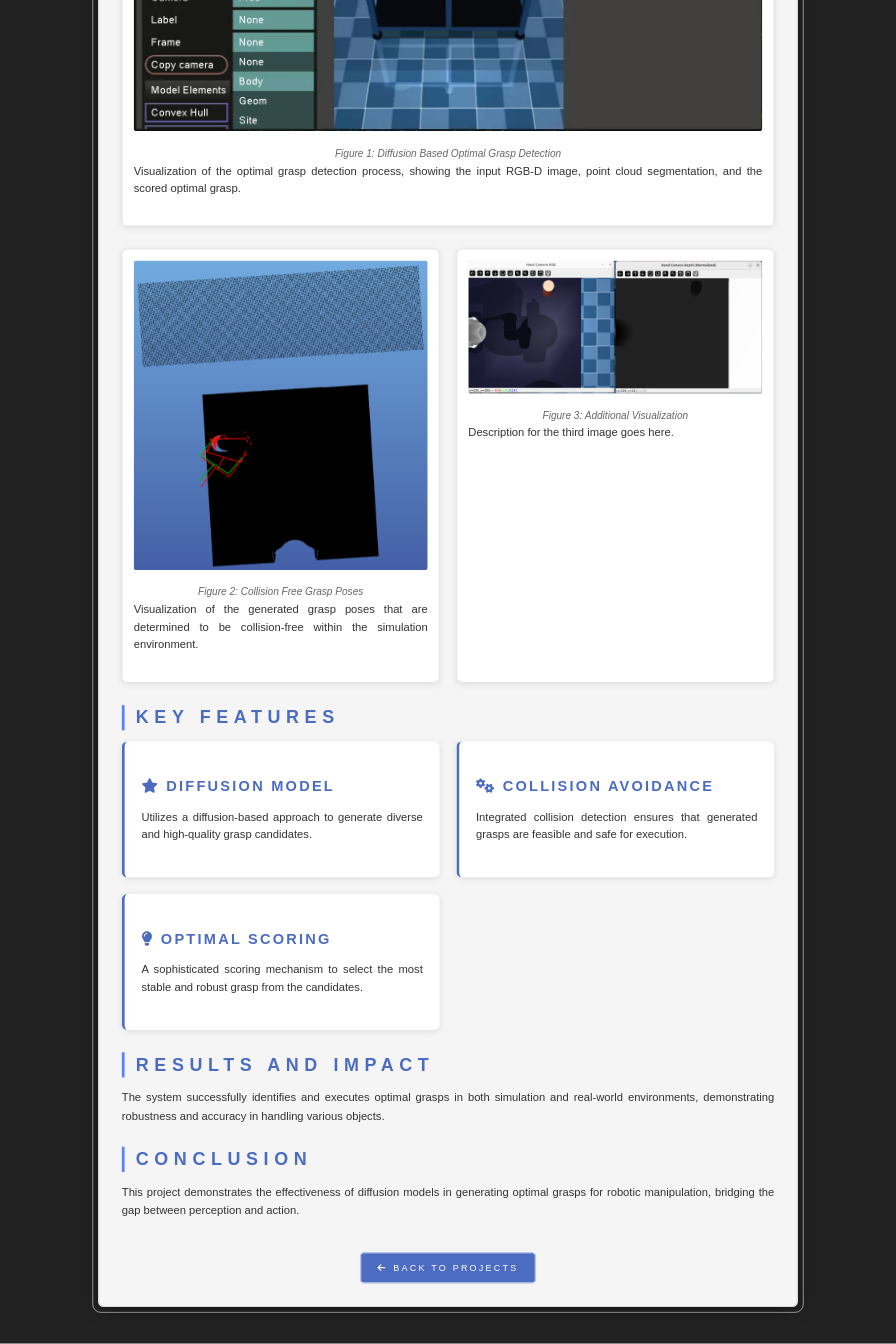
Repository: bk-poudel/bk-poudel.github.io
Page: projects/optimal_grasp_diffusion.html
An editor plug-in stored every save of this project. The page is shown before and after the next save, followed by the edit.
The browser window is 1280 px wide. The pictures show the part of the page from y = 1245 to 3165 px (the page is 3165 px tall before and 3024 px after), at 70% of full size.

Above is the page before, as saved 2025-12-29 01:53:04.

### projects/optimal_grasp_diffusion.html
<!DOCTYPE HTML>
<html lang="en">
<head>
    <title>Diffusion Based Optimal Grasp Detection - BK Poudel</title>
    <meta charset="utf-8" />
    <meta name="viewport" content="width=device-width, initial-scale=1, user-scalable=no" />
    <link rel="stylesheet" href="assets/css/main.css" />
    <link rel="stylesheet" href="https://cdnjs.cloudflare.com/ajax/libs/font-awesome/6.4.0/css/all.min.css" />
    <noscript><link rel="stylesheet" href="assets/css/noscript.css" /></noscript>
    <style>
        /* Consistent color scheme with dark background and light content */
        :root {
            --primary: #4b6cc1;
            --secondary: #666666;
            --accent: #5e81f4;
            --light: #f8f8f8;
            --dark: #1a1a1a;
            --text: #333333;
            --frame-color: #dddddd;
            --bg-color: #222222;
            --content-bg: #f5f5f5;
        }
        body {
            background-color: var(--bg-color);
            font-family: 'Arial', sans-serif;
            line-height: 1.6;
            padding: 20px;
        }
        .project-content {
            max-width: 1000px;
            margin: 2rem auto;
            padding: 2rem;
            background: var(--content-bg);
            border-radius: 8px;
            box-shadow: 0 4px 25px rgba(0,0,0,0.4);
            border: 2px solid var(--frame-color);
            position: relative;
            color: var(--text);
        }
        .project-content::before {
            content: "";
            position: absolute;
            top: -10px;
            left: -10px;
            right: -10px;
            bottom: -10px;
            border: 1px solid var(--frame-color);
            border-radius: 12px;
            pointer-events: none;
            z-index: -1;
        }
        h1 {
            text-align: center;
            color: var(--primary);
            font-size: 2.2rem;
            margin-bottom: 1.5rem;
            position: relative;
            padding-bottom: 1rem;
        }
        h1::after {
            content: "";
            position: absolute;
            bottom: 0;
            left: 50%;
            transform: translateX(-50%);
            width: 100px;
            height: 3px;
            background: var(--accent);
        }
        h2 {
            color: var(--primary);
            font-size: 1.6rem;
            margin-top: 2rem;
            margin-bottom: 1rem;
            border-left: 4px solid var(--accent);
            padding-left: 1rem;
        }
        h3 {
            color: var(--primary);
            font-size: 1.3rem;
            margin-top: 1.5rem;
        }
        p {
            text-align: justify;
            margin-bottom: 1.5rem;
            color: var(--text);
        }
        ul, ol {
            padding-left: 1.5rem;
            margin-bottom: 1.5rem;
        }
        li {
            margin-bottom: 0.5rem;
            position: relative;
            color: var(--text);
        }
        li::before {
            content: "•";
            color: var(--accent);
            font-weight: bold;
            position: absolute;
            left: -1rem;
        }
        .button {
            background: var(--primary);
            color: white;
            padding: 0.8rem 1.5rem;
            border-radius: 4px;
            text-decoration: none;
            display: inline-flex;
            align-items: center;
            transition: all 0.3s ease;
            font-weight: 500;
            border: none;
        }
        .button:hover {
            background: var(--accent);
            transform: translateY(-2px);
        }
        .button i {
            margin-right: 0.5rem;
        }
        .abstract {
            background-color: rgba(75, 108, 193, 0.1);
            padding: 1.5rem;
            border-radius: 8px;
            margin-bottom: 2rem;
            border-left: 4px solid var(--primary);
        }
        .figure-container {
            display: flex;
            justify-content: space-around;
            flex-wrap: wrap;
            gap: 1.5rem;
            margin: 2rem 0;
        }
        .figure {
            flex: 1;
            min-width: 250px;
            text-align: center;
            background: white;
            padding: 1rem;
            border-radius: 8px;
            box-shadow: 0 2px 10px rgba(0,0,0,0.1);
            transition: transform 0.3s ease;
            border: 1px solid #e0e0e0;
        }
        .figure:hover {
            transform: translateY(-5px);
        }
        .figure img {
            width: 100%;
            height: auto;
            object-fit: cover;
            border-radius: 4px;
            margin-bottom: 0.8rem;
        }
        .figure-caption {
            font-style: italic;
            color: var(--secondary);
            font-size: 0.9rem;
        }
        .product-item {
            margin-bottom: 2.5rem;
            background: white;
            border-radius: 8px;
            overflow: hidden;
            box-shadow: 0 2px 15px rgba(0,0,0,0.1);
            border: 1px solid #e0e0e0;
        }
        .product-header {
            background: var(--primary);
            color: white;
            padding: 1rem;
            font-weight: 600;
        }
        .product-content {
            padding: 1.5rem;
        }
        .product-image {
            width: 100%;
            max-height: 400px;
            object-fit: cover;
            border-radius: 4px;
            margin-bottom: 1rem;
        }
        .impact-points {
            display: grid;
            grid-template-columns: repeat(auto-fit, minmax(250px, 1fr));
            gap: 1.5rem;
            margin-top: 1.5rem;
        }
        .impact-point {
            background: white;
            padding: 1.5rem;
            border-radius: 8px;
            box-shadow: 0 2px 10px rgba(0,0,0,0.1);
            text-align: center;
            border: 1px solid #e0e0e0;
        }
        .impact-point i {
            font-size: 2rem;
            color: var(--primary);
            margin-bottom: 1rem;
        }
        .methodology-item {
            background: white;
            padding: 1.5rem;
            border-radius: 8px;
            margin-bottom: 1.5rem;
            box-shadow: 0 2px 10px rgba(0,0,0,0.1);
            border-left: 4px solid var(--accent);
        }
        .github-button {
            background: #333;
            color: white;
            padding: 0.8rem 1.5rem;
            border-radius: 4px;
            text-decoration: none;
            display: inline-flex;
            align-items: center;
            transition: all 0.3s ease;
            font-weight: 500;
        }
        .github-button:hover {
            background: #555;
            transform: translateY(-2px);
        }
        .feature-list {
            display: grid;
            grid-template-columns: repeat(auto-fit, minmax(300px, 1fr));
            gap: 1.5rem;
        }
        .feature-item {
            background: white;
            padding: 1.5rem;
            border-radius: 8px;
            box-shadow: 0 2px 10px rgba(0,0,0,0.1);
            border-left: 4px solid var(--primary);
        }
        .video-container {
            position: relative;
            padding-bottom: 56.25%; /* 16:9 */
            height: 0;
            margin: 2rem 0;
        }
        .video-container iframe {
            position: absolute;
            top: 0;
            left: 0;
            width: 100%;
            height: 100%;
            border-radius: 8px;
            border: 1px solid #e0e0e0;
        }
        @media (max-width: 768px) {
            .project-content {
                padding: 1.5rem;
                margin: 1rem;
            }
            h1 {
                font-size: 1.8rem;
            }
            .figure-container {
                flex-direction: column;
            }
        }
    </style>
</head>
<body class="is-preload">
    <div class="project-content">
        <h1>Diffusion Based Optimal Grasp Detection</h1>
        <div class="abstract">
            <h2>Abstract</h2>
            <p>This project implements a diffusion-based optimal grasp detection system. It takes an RGB-D image as input and segments the point cloud of the object. This segmented point cloud is then fed into a diffusion-based grasp algorithm, which scores potential grasps. The system performs collision-free grasp detection and identifies the optimal grasp, which is then executed in a real-world or simulation environment.</p>
        </div>
        <!-- For technical projects -->
        <div class="technologies-used">
            <h2>Technical Implementation</h2>
            <div class="methodology-item">
                <h3><i class="fas fa-code"></i> Algorithm Pipeline</h3>
                <ul>
                    <li><strong>Input:</strong> RGB-D Image</li>
                    <li><strong>Preprocessing:</strong> Point cloud segmentation of the object</li>
                    <li><strong>Core Algorithm:</strong> Diffusion-based grasp generation</li>
                    <li><strong>Evaluation:</strong> Scoring for collision-free and optimal grasps</li>
                    <li><strong>Execution:</strong> Real-world or simulation environment</li>
                </ul>
            </div>
        </div>
        <!-- Image/Diagram Gallery -->
        <!-- Main Figure (WebP) -->
        <div class="figure-container">
            <div class="figure">
            <img src="../assets/project_images/diffusion_optimal_grasp/optimal_grasp.webp" alt="Optimal Grasp Detection">
            <div class="figure-caption">Figure 1: Diffusion Based Optimal Grasp Detection</div>
            <p>Visualization of the optimal grasp detection process, showing the input RGB-D image, point cloud segmentation, and the scored optimal grasp.</p>
            </div>
        </div>
        <!-- Secondary Figures (Side by Side) -->
        <div class="figure-container">
            <div class="figure">
            <img src="../assets/project_images/diffusion_optimal_grasp/collision_free_grasps.png" alt="Collision Free Grasp Poses">
            <div class="figure-caption">Figure 2: Collision Free Grasp Poses</div>
            <p>Visualization of the generated grasp poses that are determined to be collision-free within the simulation environment.</p>
            </div>
            <div class="figure">
            <!-- Placeholder for the third image -->
            <img src="../assets/project_images/diffusion_optimal_grasp/RGB-D_image.png" alt="Third Image">
            <div class="figure-caption">Figure 3: Additional Visualization</div>
            <p>Description for the third image goes here.</p>
            </div>
        </div>
        <!-- Key Features/Innovations -->
        <div class="products-created">
            <h2>Key Features</h2>
            <div class="feature-list">
                <div class="feature-item">
                    <h3><i class="fas fa-star"></i> Diffusion Model</h3>
                    <p>Utilizes a diffusion-based approach to generate diverse and high-quality grasp candidates.</p>
                </div>
                <div class="feature-item">
                    <h3><i class="fas fa-cogs"></i> Collision Avoidance</h3>
                    <p>Integrated collision detection ensures that generated grasps are feasible and safe for execution.</p>
                </div>
                <div class="feature-item">
                    <h3><i class="fas fa-lightbulb"></i> Optimal Scoring</h3>
                    <p>A sophisticated scoring mechanism to select the most stable and robust grasp from the candidates.</p>
                </div>
            </div>
        </div>
        <!-- Results/Impact Section -->
        <div class="impact">
            <h2>Results and Impact</h2>
            <p>The system successfully identifies and executes optimal grasps in both simulation and real-world environments, demonstrating robustness and accuracy in handling various objects.</p>
        </div>
        <div class="conclusion">
            <h2>Conclusion</h2>
            <p>This project demonstrates the effectiveness of diffusion models in generating optimal grasps for robotic manipulation, bridging the gap between perception and action.</p>
        </div>
        <div class="home-button" style="text-align: center; margin-top: 3rem;">
            <a href="../index.html#projects" class="button">
                <i class="fas fa-arrow-left"></i>
                Back to Projects
            </a>
        </div>
    </div>
    <!-- Scripts -->
    <script src="assets/js/jquery.min.js"></script>
    <script src="assets/js/browser.min.js"></script>
    <script src="assets/js/breakpoints.min.js"></script>
    <script src="assets/js/util.js"></script>
    <script src="assets/js/main.js"></script>
</body>
</html>

Loaded but not shown: assets/css/fontawesome-all.min.css (library); assets/js/jquery.min.js (library); assets/js/browser.min.js (common file); assets/js/breakpoints.min.js (common file); assets/js/util.js (587 lines, source omitted); assets/js/main.js (401 lines, source omitted); assets/css/main.css (1753 lines, source omitted)

After the next save:
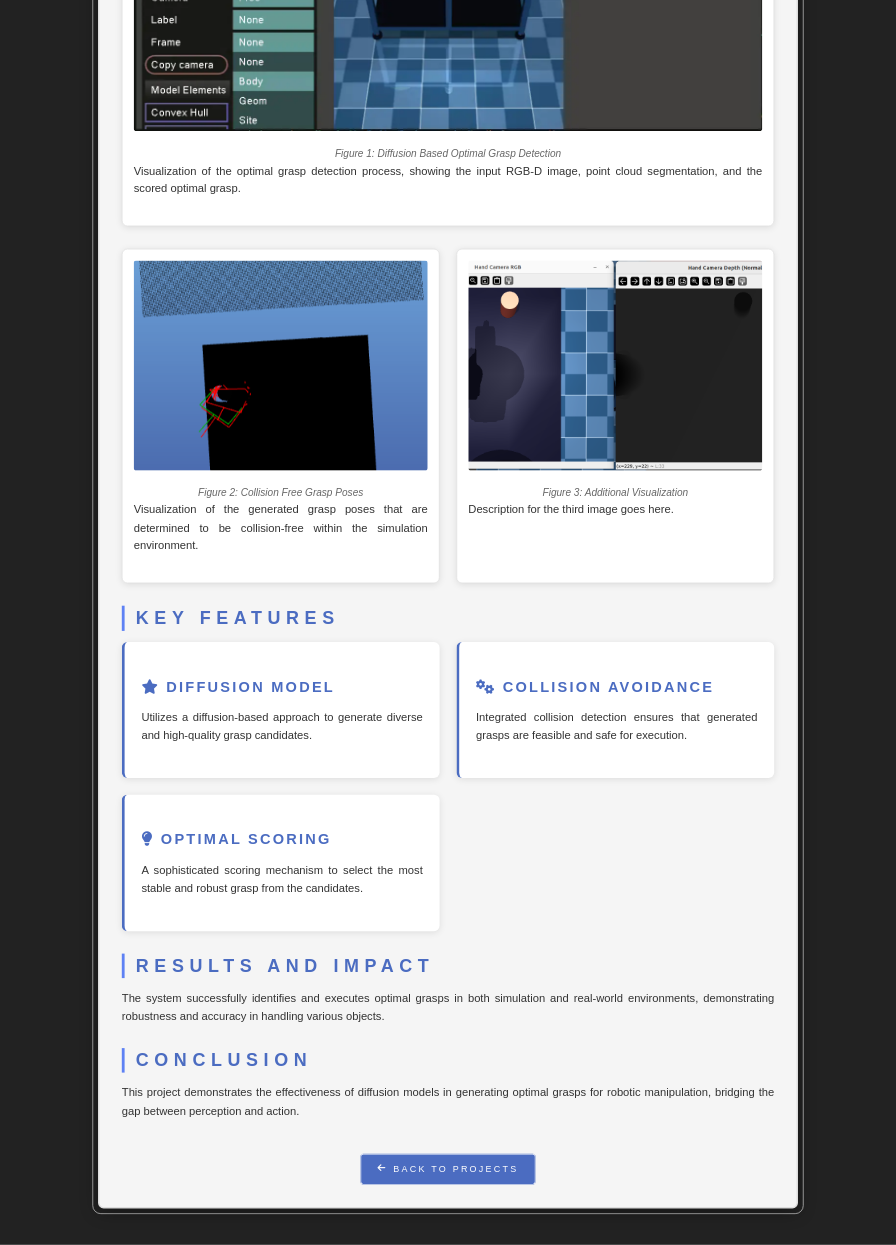
Saved 118 s later.
--- a/projects/optimal_grasp_diffusion.html
+++ b/projects/optimal_grasp_diffusion.html
@@ -300,13 +300,13 @@
         <!-- Secondary Figures (Side by Side) -->
         <div class="figure-container">
             <div class="figure">
-            <img src="../assets/project_images/diffusion_optimal_grasp/collision_free_grasps.png" alt="Collision Free Grasp Poses">
+            <img src="../assets/project_images/diffusion_optimal_grasp/collision_free_grasps.png" alt="Collision Free Grasp Poses" style="height: 300px; width: 100%; object-fit: cover;">
             <div class="figure-caption">Figure 2: Collision Free Grasp Poses</div>
             <p>Visualization of the generated grasp poses that are determined to be collision-free within the simulation environment.</p>
             </div>
             <div class="figure">
             <!-- Placeholder for the third image -->
-            <img src="../assets/project_images/diffusion_optimal_grasp/RGB-D_image.png" alt="Third Image">
+            <img src="../assets/project_images/diffusion_optimal_grasp/RGB-D_image.png" alt="Third Image" style="height: 300px; width: 100%; object-fit: cover;">
             <div class="figure-caption">Figure 3: Additional Visualization</div>
             <p>Description for the third image goes here.</p>
             </div>
